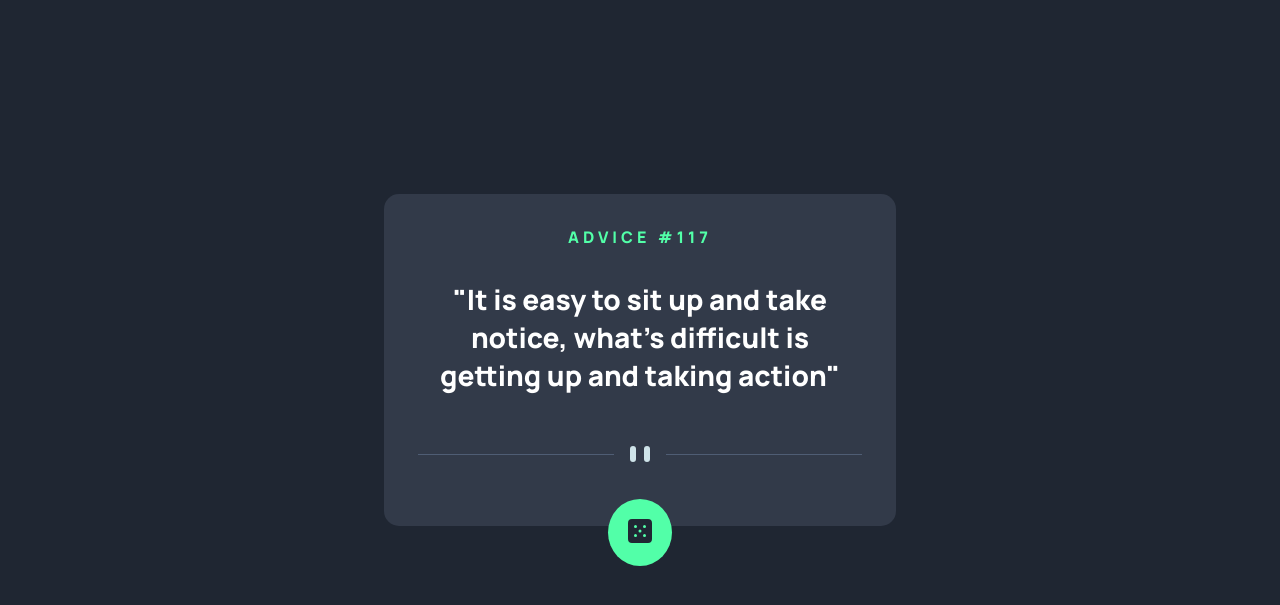
Repository: WindOfCodes/advice-generator-app
Page: index.html
These files come from the project's save history. The page is drawn as it stood at one moment and after the next save; the edit follows.
The browser window is 1280 px wide. The pictures show the whole page.

Above is the page before, as saved 2022-11-28 22:16:08.

After the next save:
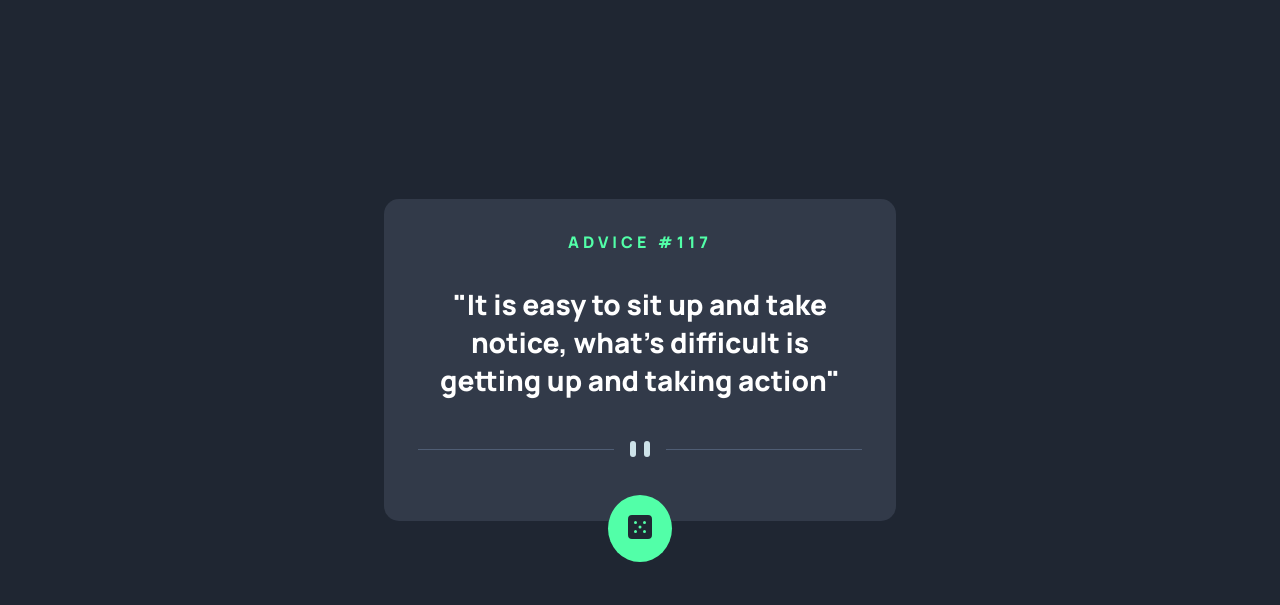
Saved 4 s later.
--- a/styles/main.css
+++ b/styles/main.css
@@ -47,7 +47,7 @@ body {
   color: white;
   max-width: 80%;
   text-align: center;
-  margin-bottom: 20px;
+  margin-bottom: 10px;
 }
 
 .line {
